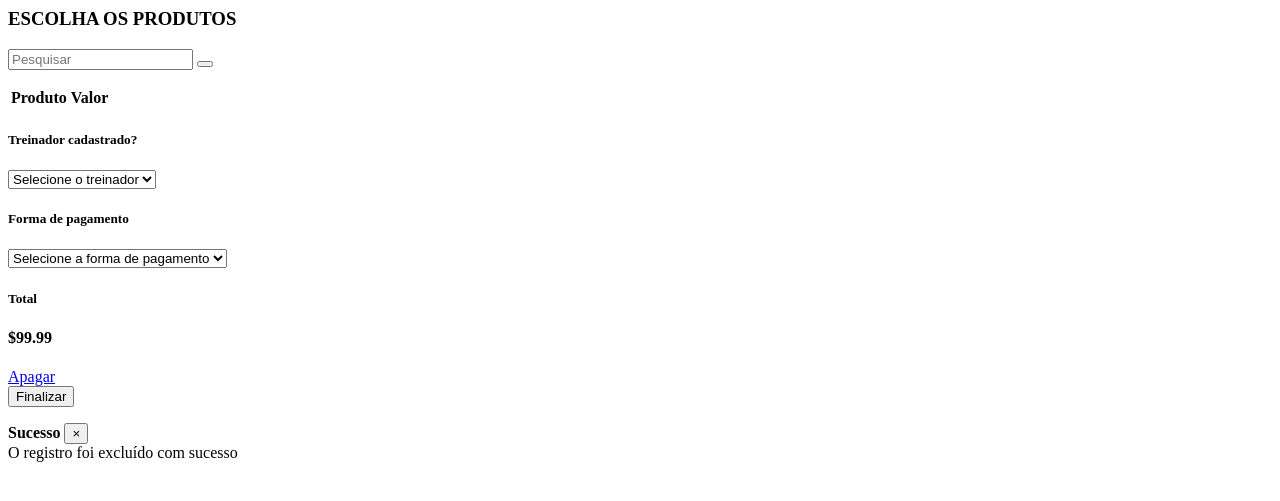
Repository: leobritto-sudo/pokemon-center
Page: http://localhost/App/Views/sale/index.phtml
The author's editor kept a copy of each file at every save. The page is drawn from the files as they stood at one save, then again after the next save.
The browser window is 1280 px wide. The pictures show the whole page.
The page is run by PHP 8.4 with error messages shown; the project is at /var/www/html/.

Above is the page before, as saved 2022-11-18 16:07:51.

After the next save:
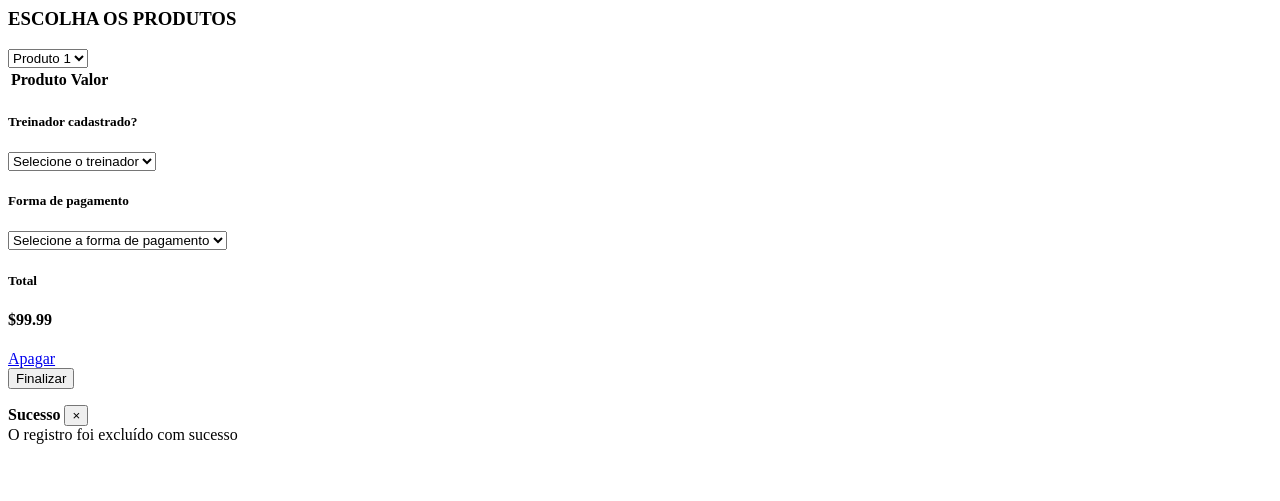
Saved 101 s later.
--- a/App/Views/sale/index.phtml
+++ b/App/Views/sale/index.phtml
@@ -3,12 +3,11 @@
         <h3 class="font-weight-bold text-dark"><i class="fas fa-certificate pr-1"></i> ESCOLHA OS PRODUTOS</h3>
     </header>
 
-    <form action="/category-consult" class="form-inline mt-5 form-search">
-        <input class="form-control mr-sm-2" type="search" name="search" placeholder="Pesquisar" aria-label="Pesquisar">
-        <button class="btn-search" type="submit">
-            <i class="fas fa-search fa-lg"></i>
-        </button>
-    </form>
+    <select name="products" id="products">
+        <option value="">Produto 1</option>
+        <option value="">Produto 2</option>
+        <option value="">Produto 3</option>
+    </select>
 
     <form action="">
         <table class="table table-sm table-consult mt-1">
